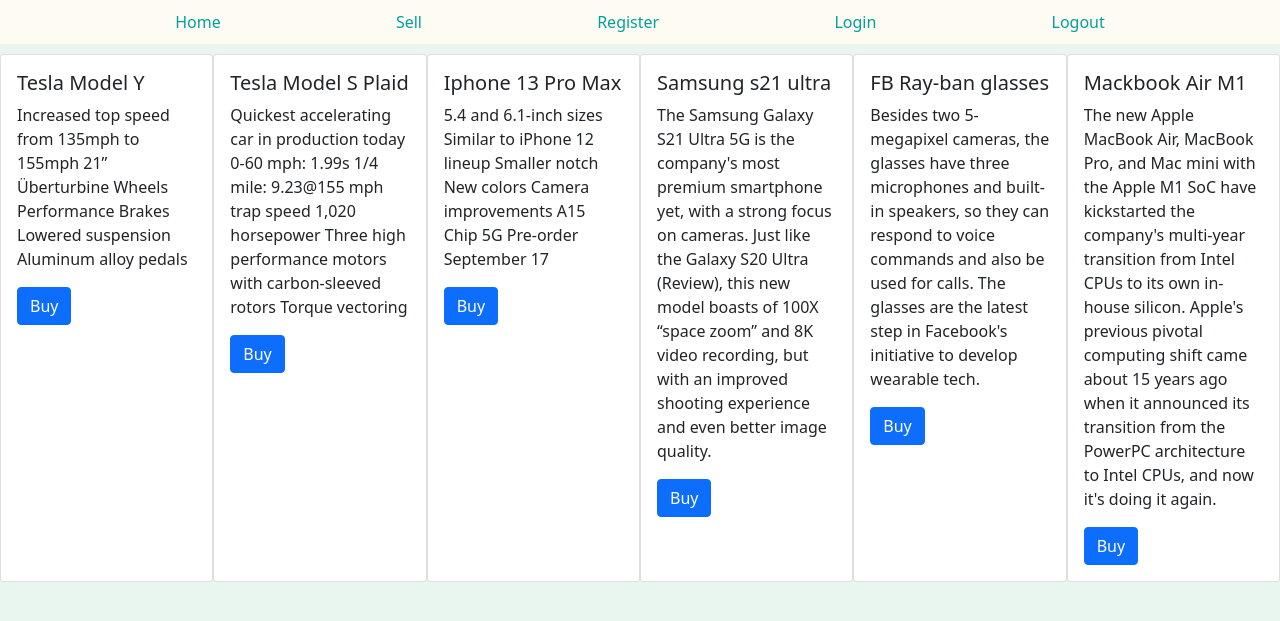
Repository: RiteshK555/itw-project
Page: http://localhost/
An editor plug-in stored every save of this project. The page is shown before and after the next save, followed by the edit.
The browser window is 1280 px wide. The pictures show the whole page.
The page is served by the project's application, run on Django 3.2 (student_olx/manage.py). The page reads the database file committed with the project.

Above is the page before, as saved 2021-09-19 13:48:30.

After the next save:
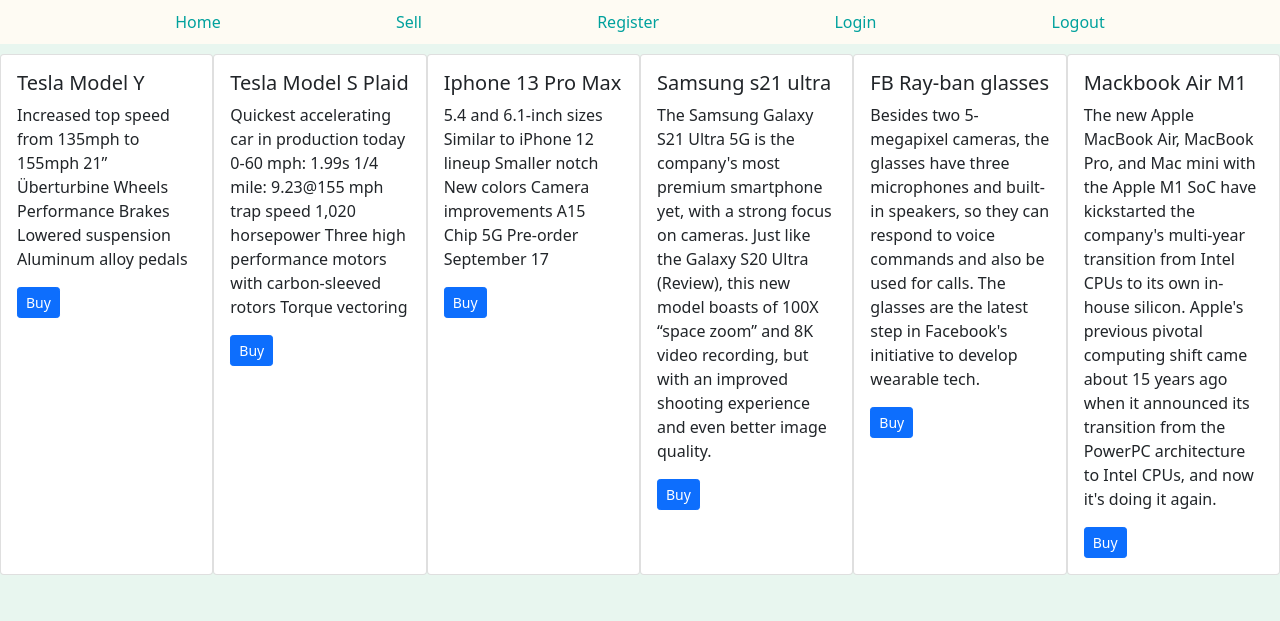
Saved 4 min 49 s later.
--- a/student_olx/main/templates/main/home.html
+++ b/student_olx/main/templates/main/home.html
@@ -15,7 +15,7 @@
   <div class="card-body">
     <h5 class="card-title">{{product.product_name}}</h5>
     <p class="card-text">{{product.description}}</p>
-    <a href="#" class="btn btn-primary">Buy</a>
+    <a href="#" class="btn btn-sm btn-primary">Buy</a>
   </div>
 </div>
 {%endfor%}
